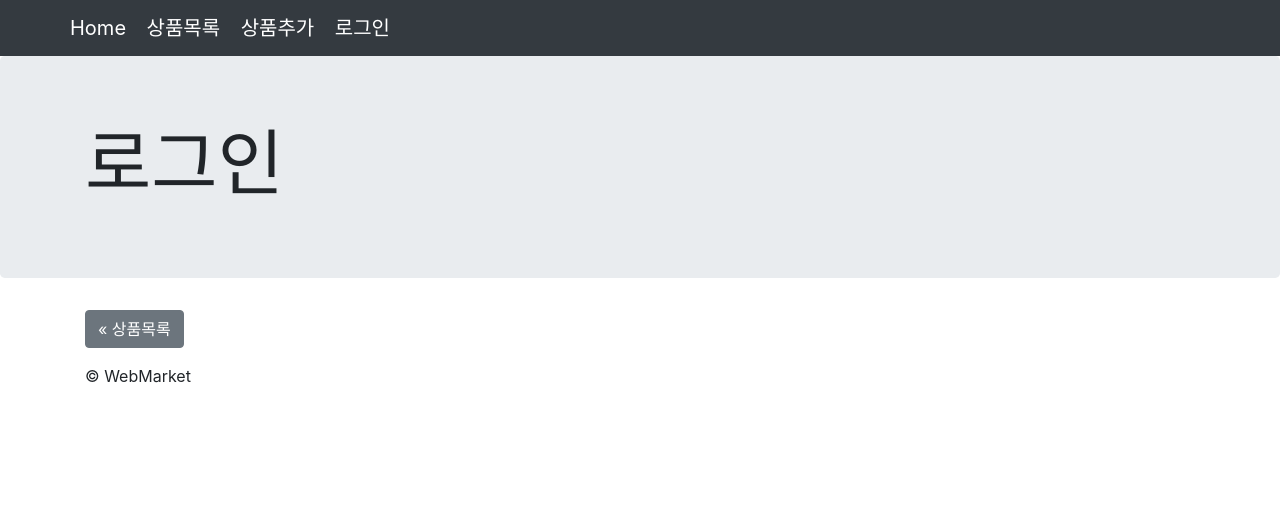
Repository: davisbyun/ai
Page: http://localhost/WebMarket/member/login.jsp
An editor plug-in stored every save of this project. The page is shown before and after the next save, followed by the edit.
The browser window is 1280 px wide. The pictures show the whole page.
The page is served by Tomcat 9.

Above is the page before, as saved 2024-01-26 02:13:18.

After the next save:
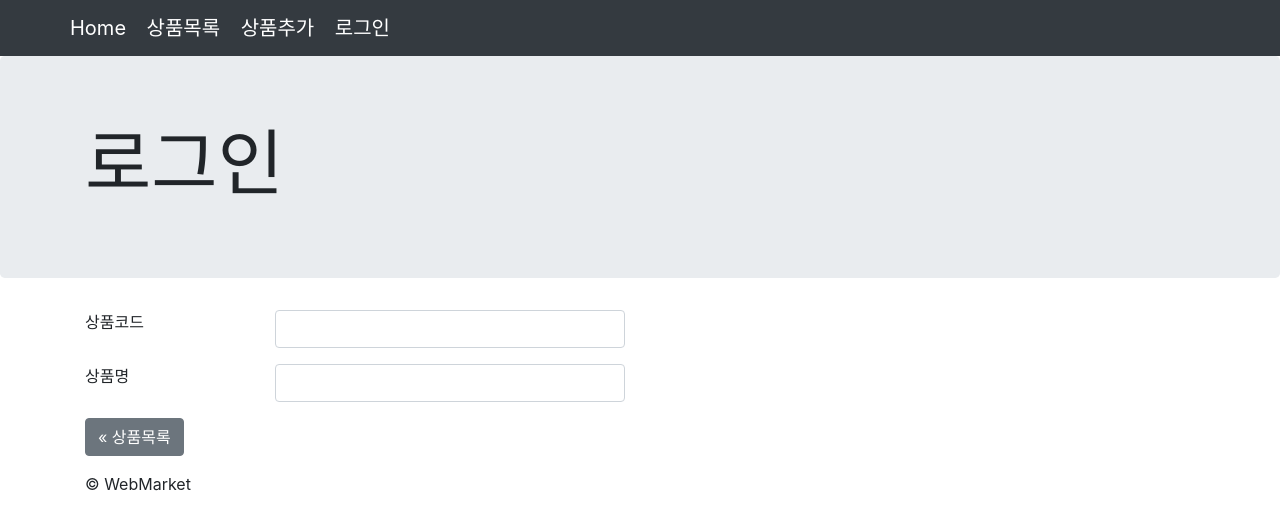
Saved 70 s later.
--- a/WebMarket/src/main/webapp/member/login.jsp
+++ b/WebMarket/src/main/webapp/member/login.jsp
@@ -17,7 +17,23 @@
     </div>
   </div>
   <div class="container">
+     <form action="./processAddProduct.jsp"  name="newProduct"
+          enctype="multipart/form-data" class="form-horizontal"  method="post">
 
+         <div class="form-group row">
+            <label class="col-sm-2 f1"> 상품코드 </label>
+            <div class="col-sm-4">
+                <input type="text" name="productId" id="productId"  class="form-control">
+            </div>
+         </div>
+
+         <div class="form-group row">
+            <label class="col-sm-2 f1"> 상품명 </label>
+            <div class="col-sm-4">
+                <input type="text" name="name"  id="name"   class="form-control">
+            </div>
+         </div>
+         </form>
   </div>
 
   <div class ="container">
